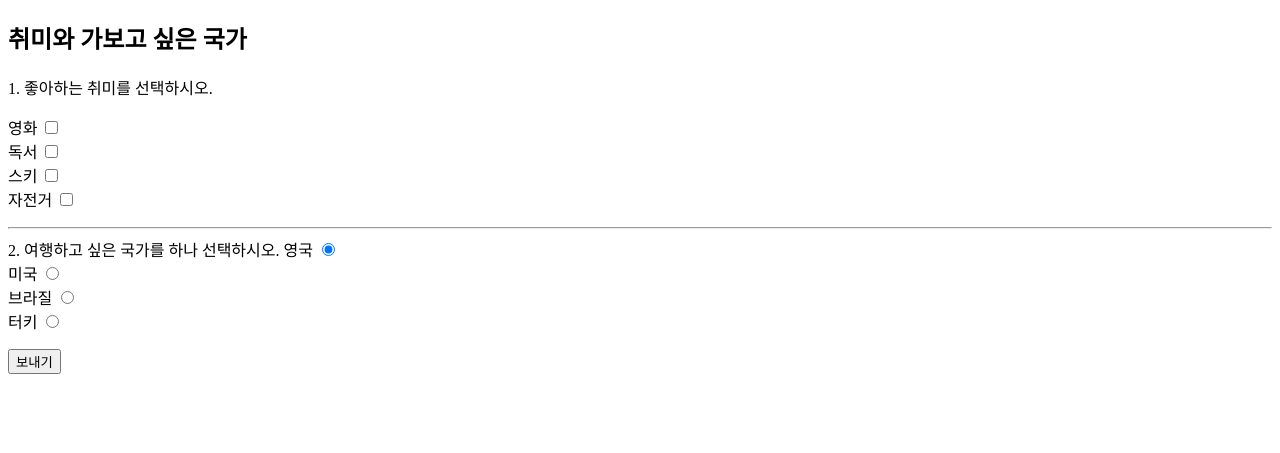
Repository: JuHyeon-S/21-1-Web-Back-end_Programming
Page: week07/week07/src/main/webapp/request3.html
An editor plug-in stored every save of this project. The page is shown before and after the next save, followed by the edit.
The browser window is 1280 px wide. The pictures show the whole page.

Above is the page before, as saved 2021-04-18 21:41:23.

After the next save:
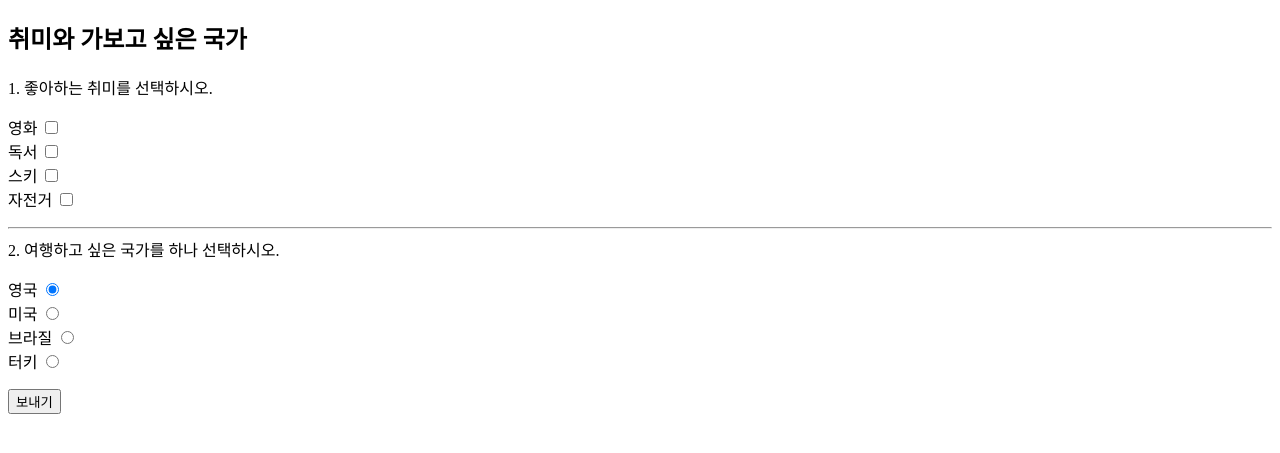
Saved 36 s later.
--- a/week07/week07/src/main/webapp/request3.html
+++ b/week07/week07/src/main/webapp/request3.html
@@ -13,7 +13,7 @@
 		스키 <input type="checkbox" name="hobby" value="스키"><br>
 		자전거 <input type="checkbox" name="hobby" value="자전거"><p><hr>
 
-		2. 여행하고 싶은 국가를 하나 선택하시오.
+		2. 여행하고 싶은 국가를 하나 선택하시오.<p>
 		영국 <input type="radio" name="country" value="영국" checked><br>
 		미국 <input type="radio" name="country" value="미국"><br>
 		브라질 <input type="radio" name="country" value="브라질"><br>
